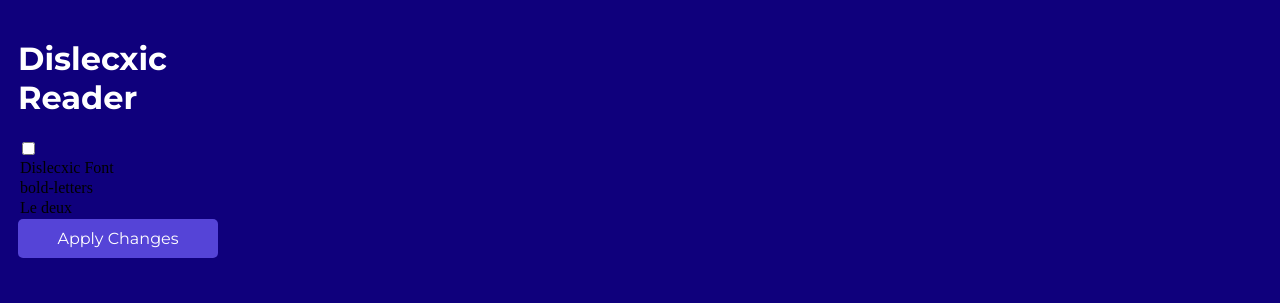
Repository: adatechschool/extension-navigateur-extension_walid_eliana_imelda
Page: Extention 3/popup.html
The author's editor kept a copy of each file at every save. The page is drawn from the files as they stood at one save, then again after the next save.
The browser window is 1280 px wide. The pictures show the whole page.

Above is the page before, as saved 2024-01-15 13:53:26.

After the next save:
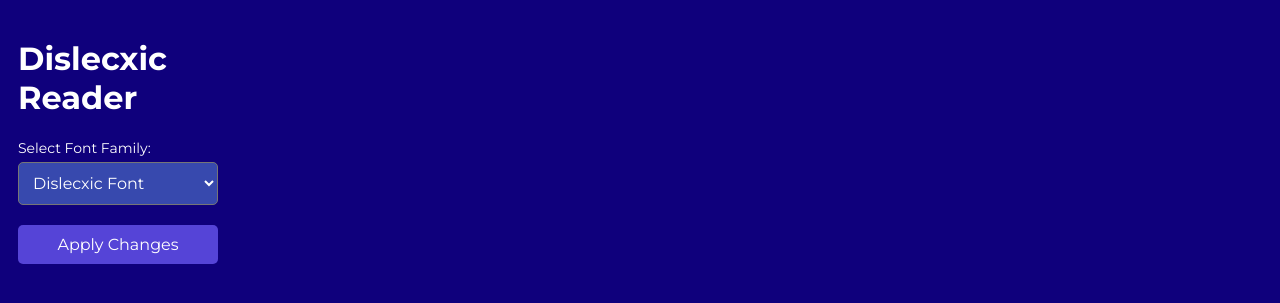
Saved 42 s later.
--- a/Extention 3/popup.html
+++ b/Extention 3/popup.html
@@ -14,17 +14,15 @@
 <body>
 
     <h1> Dislecxic Reader </h1>
-    <div>
 
-      <input type="checkbox" id="font-family" for="font-family" Select Font Family:/>
-      <option value= "OpenDyslexic-Regular">Dislecxic Font</option>
-      <option value="helvetica">bold-letters</option>
+  <label for="font-family">Select Font Family:</label>
 
-      <option value="Rockwell"> Le deux</option>
-</div>
+  <select id="font-family">
 
+    <option value= "OpenDyslexic-Regular">Dislecxic Font</option>
+    <option value="helvetica">bold-letters</option>
 
-
+    <option value="Rockwell"> Le deux</option>
     <!-- Add more font options as needed -->
   </select>
 
